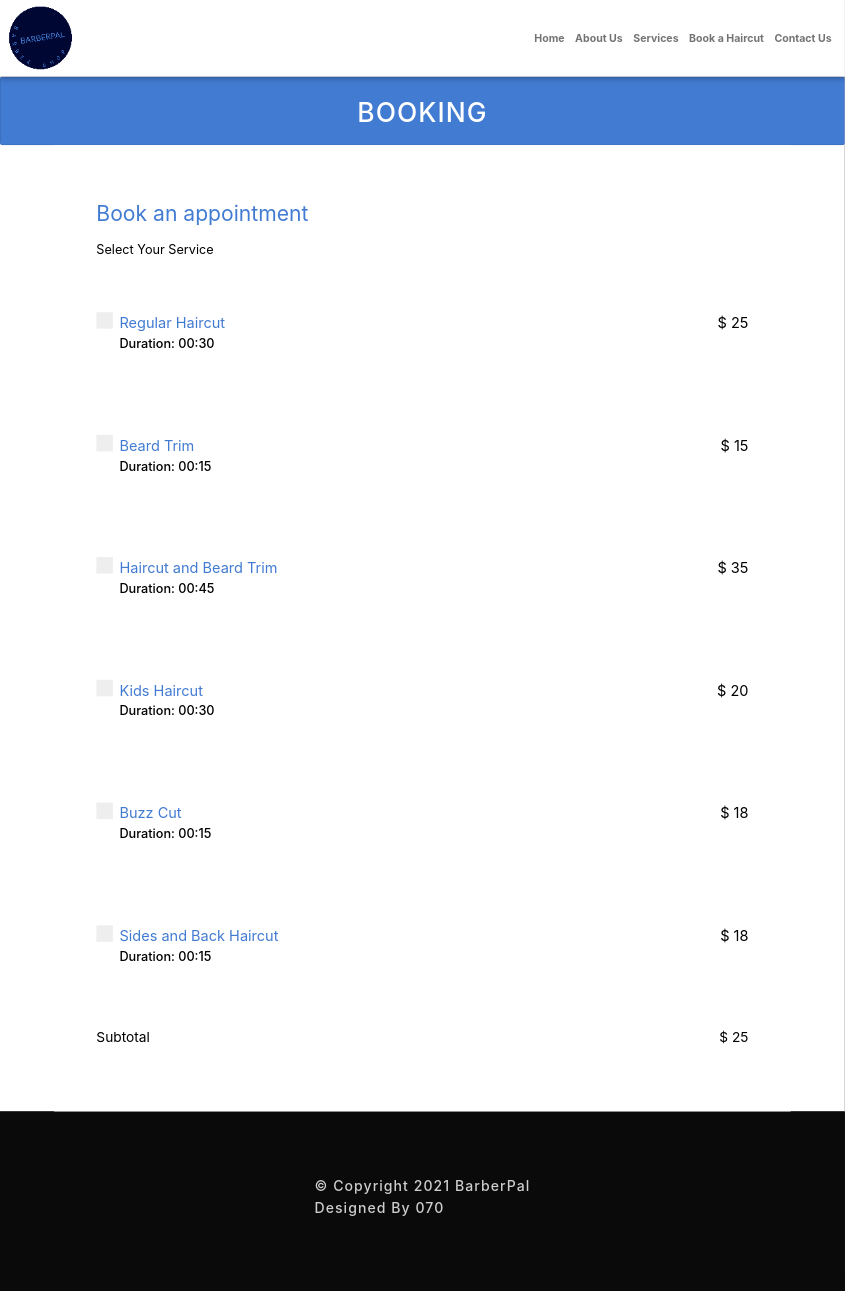
Repository: ofovweewere/haircutPal
Page: /services
The author's editor kept a copy of each file at every save. The page is drawn from the files as they stood at one save, then again after the next save.
The browser window is 1280 px wide. The pictures show the whole page, at 66% of full size.
The project was rebuilt for these pictures with package versions that can differ from the ones it lists, and the page was loaded fresh each time. Also part of the build but not shown: src/tutorial/0-Practice/bookCut.js, src/tutorial/0-Practice/about.js, src/tutorial/0-Practice/servicesAndProducts.js, src/tutorial/0-Practice/contact.js, src/tutorial/0-Practice/landing.js, src/tutorial/0-Practice/error.js.

Above is the page before, as saved 2022-06-24 12:28:58.

After the next save:
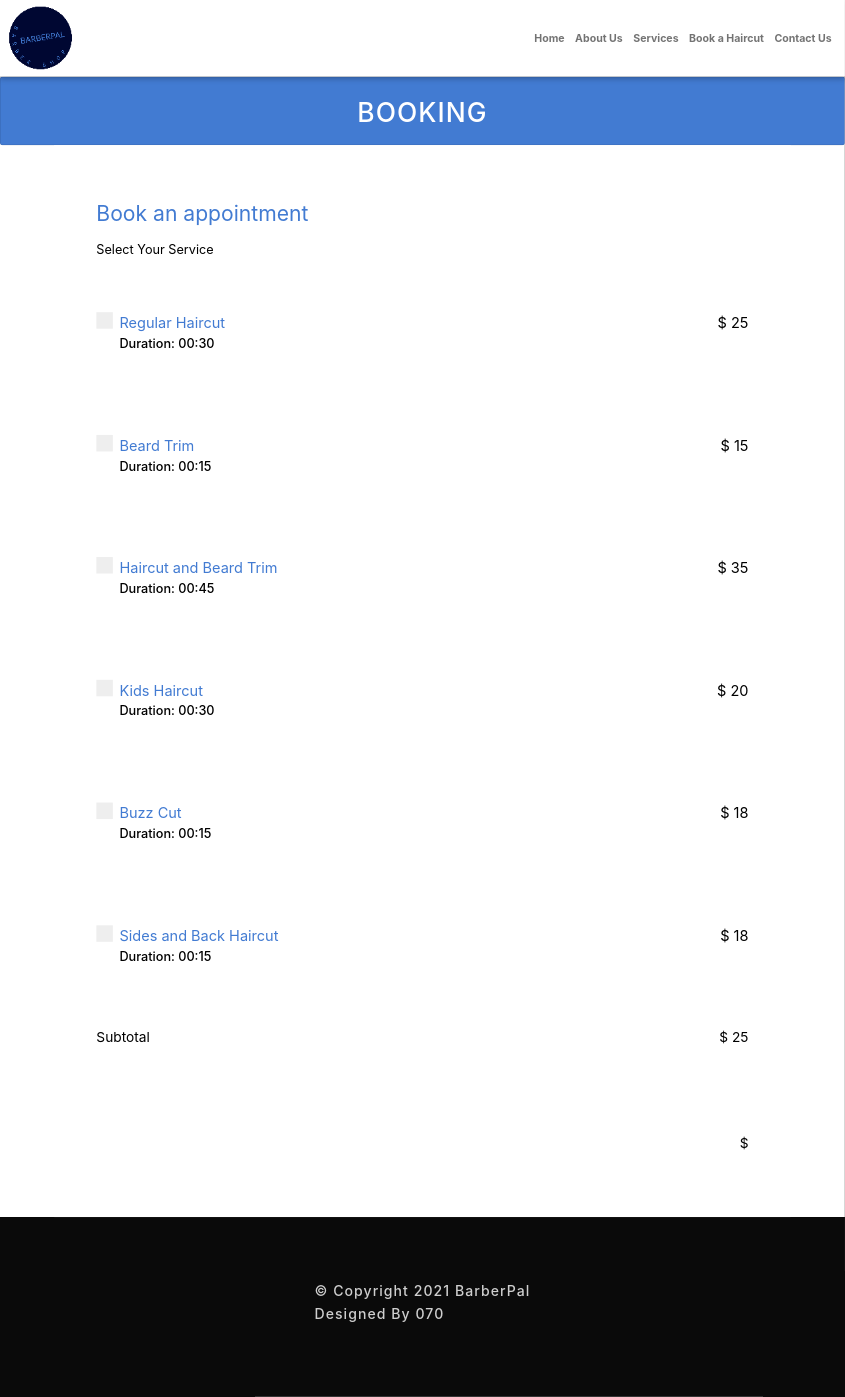
Saved 37 s later.
--- a/src/tutorial/0-Practice/booking.js
+++ b/src/tutorial/0-Practice/booking.js
@@ -22,6 +22,10 @@ const Booking = () => {
          <CheckboxOption title='Sides and Back Haircut' description='00:15' cost='18'/>
          <Footing title='Subtotal' description='25'/>
         </div>
+
+        <div>
+          <BlueButton/>
+        </div>
       </div>
     </div>
   );
